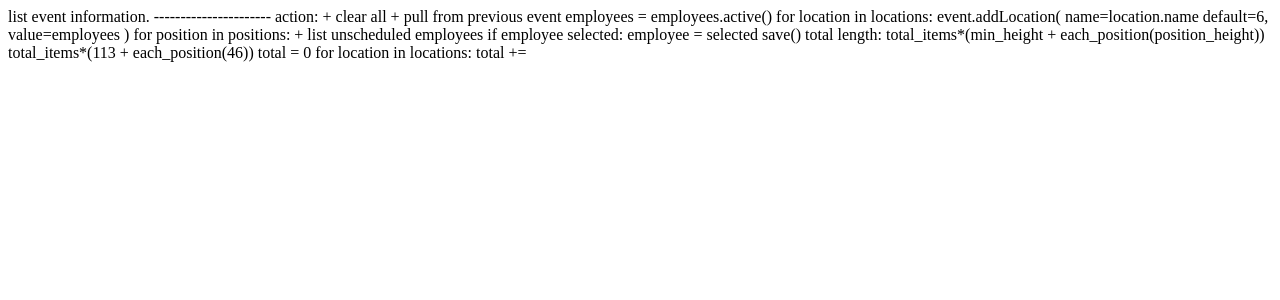
Repository: matthewrr/Employee-Scheduling-App
Page: outline.html
The author's editor kept a record of every edit. The page is drawn from the files as they stood at one moment, then again after the next edit.
The browser window is 1280 px wide. The pictures show the whole page.

Above is the page before.

### outline.html
list event information.
----------------------
action:
    + clear all
    + pull from previous event

employees = employees.active()

for location in locations:
    event.addLocation(
        name=location.name
        default=6,
        value=employees
        )

    for position in positions:
        + list unscheduled employees

if employee selected:
    employee = selected

save()

total length:
    total_items*(min_height + each_position(position_height))

    total_items*(113 + each_position(46))

total = 0
for location in locations:
    total +=

After the next edit:
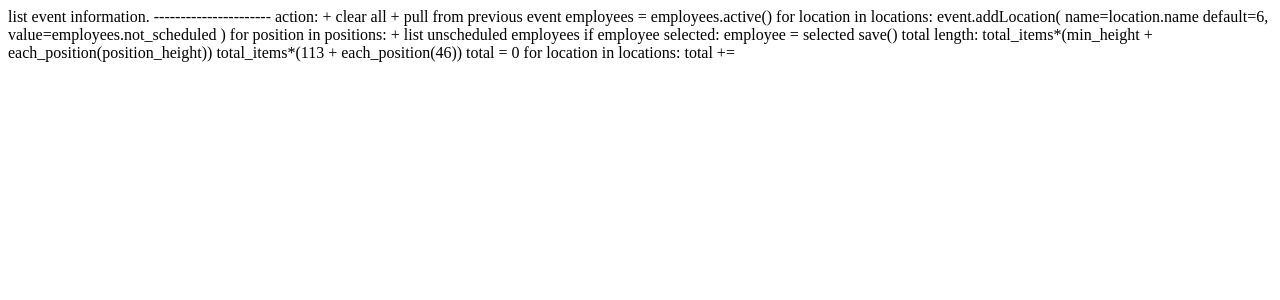
The edit:
--- a/outline.html
+++ b/outline.html
@@ -10,7 +10,7 @@
     event.addLocation(
         name=location.name
         default=6,
-        value=employees
+        value=employees.not_scheduled
         )
 
     for position in positions:
